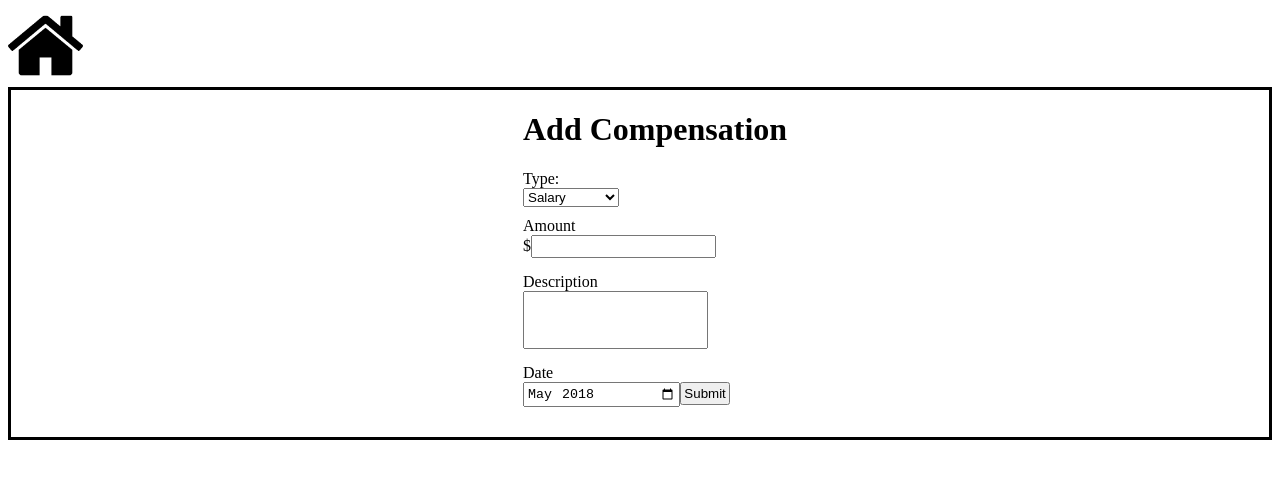
Repository: ticross18/SpringBootEmployeeSystem
Page: EmploymentSystem/src/main/resources/static/addComp.html
These files come from the project's save history. The page is drawn as it stood at one moment and after the next save; the edit follows.
The browser window is 1280 px wide. The pictures show the whole page.

Above is the page before, as saved 2022-05-17 18:31:41.

After the next save:
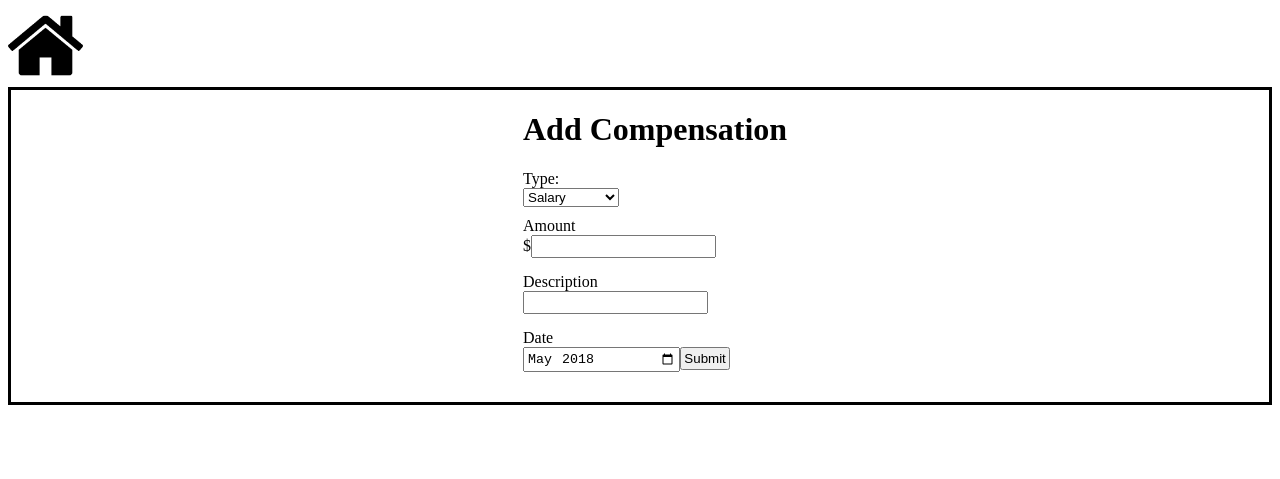
Saved 45 s later.
--- a/EmploymentSystem/src/main/resources/static/addComp.html
+++ b/EmploymentSystem/src/main/resources/static/addComp.html
@@ -28,7 +28,7 @@
             $<input type="number" id="amount" name="amount"><br>
 
             <label for="lname" >Description </label><br>
-            <input type="text" id="description" name="description" style="height:50px;"><br>
+            <input type="text" id="description" name="description"  rows="10" cols="30"><br>
 
             <label for="dob">Date</label><br>
             <input type="month" id="end" name="end"

After the save that followed:
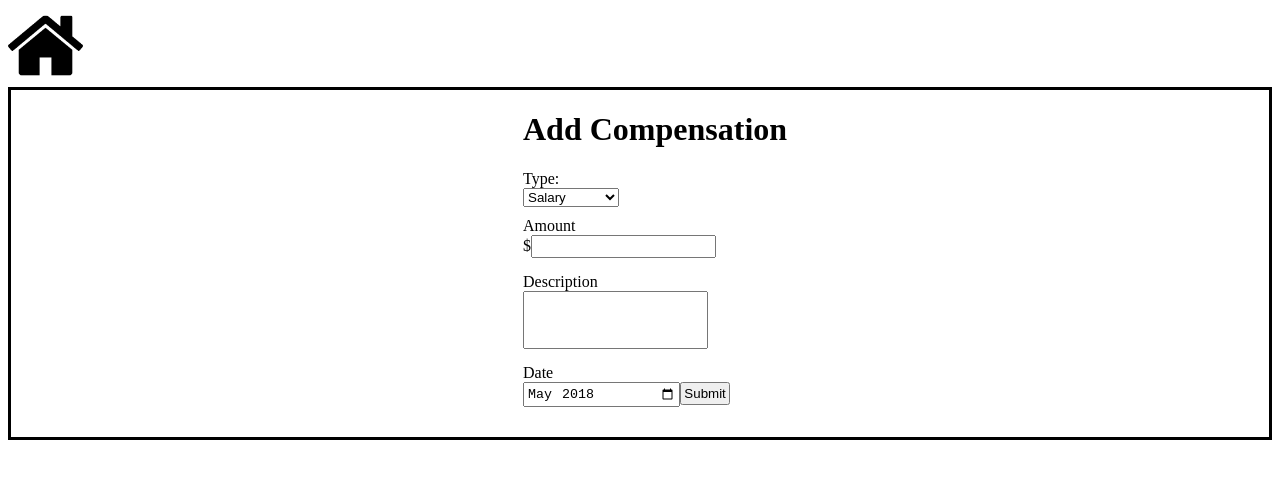
Saved 10 s later.
--- a/EmploymentSystem/src/main/resources/static/addComp.html
+++ b/EmploymentSystem/src/main/resources/static/addComp.html
@@ -28,7 +28,7 @@
             $<input type="number" id="amount" name="amount"><br>
 
             <label for="lname" >Description </label><br>
-            <input type="text" id="description" name="description"  rows="10" cols="30"><br>
+            <input type="text" id="description" name="description" style="height:50px;"  rows="10" cols="30"><br>
 
             <label for="dob">Date</label><br>
             <input type="month" id="end" name="end"
